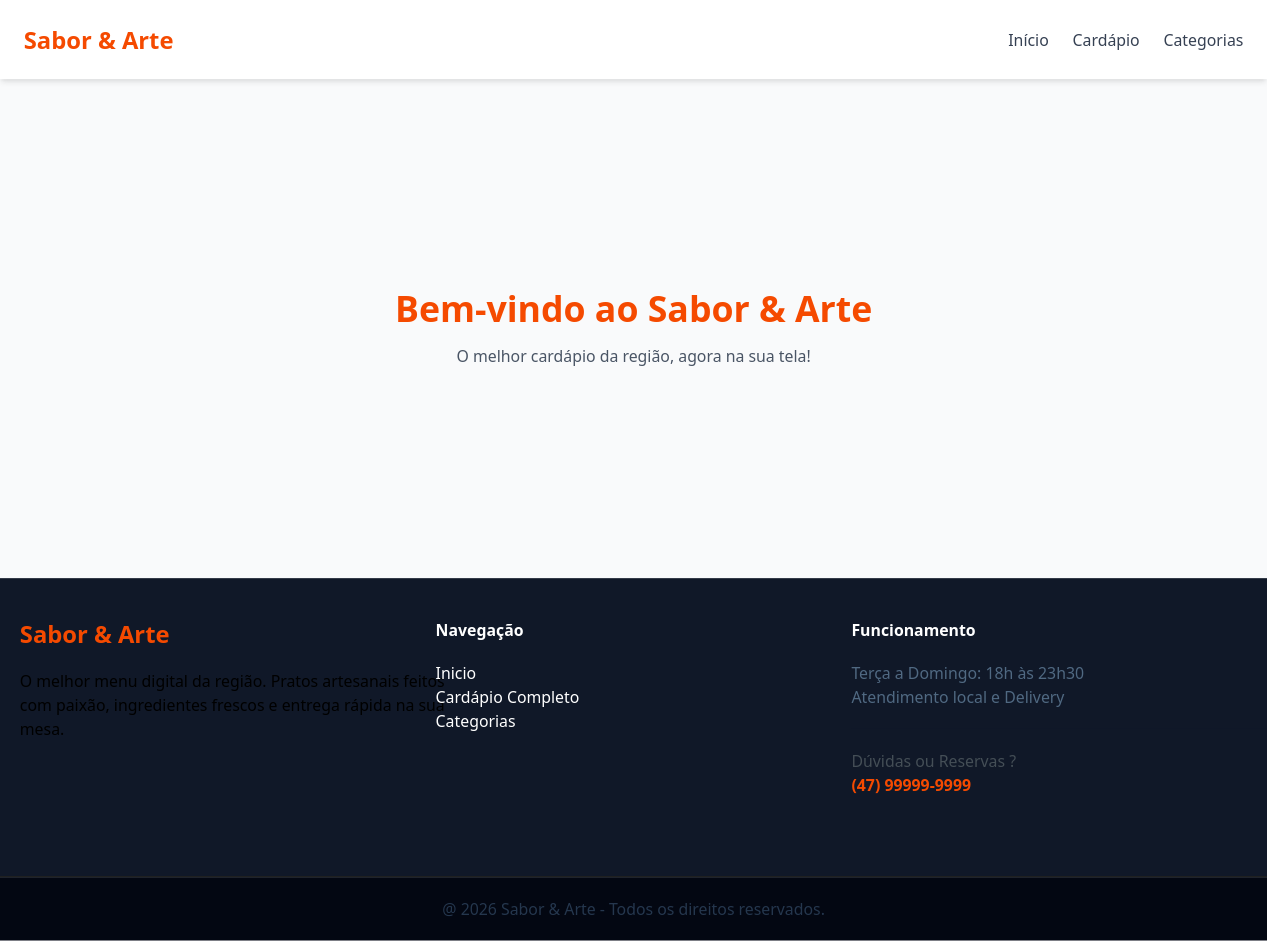
Repository: DiegoWWeege/pair-programming-next-js
Page: / (app in next-js-project/)
An editor plug-in stored every save of this project. The page is shown before and after a run of saves, followed by the edit.
The browser window is 1280 px wide. The pictures show the whole page, at 99% of full size.
The project was rebuilt for these pictures with package versions that can differ from the ones it lists, and the page was loaded fresh each time. The framework's server and built-in components were replaced by stand-ins that run in the browser. Also part of the build but not shown: next-js-project/next.config.ts.

Above is the page before, as saved 2026-09-18 18:58:09.

### next-js-project/src/app/layout.tsx
import type { Metadata } from "next";
import "./globals.css";
import {Inter, Montserrat} from "next/font/google"
import NavBar from "@/components/NavBar";
import Footer from "@/components/Footer";

const inter = Inter({subsets: ["latin"], variable : "--font-inter"});

const montserrat = Montserrat({ subsets: ["latin"], variable: "--font-montserrat"})

export const metadata: Metadata = {
  title: "Menu Digital - Restaurante",
  description: "Desenvolvido por Diego e Cherpinski",
};

export default function RootLayout({ children }: LayoutProps<"/">) {
  return (
    <html
      lang="pt-br"
    >
      <body className="bg-gray-50 antialiased">
        <NavBar></NavBar>
        {children}
        <Footer/>

      </body>
    </html>
  );
}

### next-js-project/src/app/page.tsx
import Image from "next/image";
import Footer from "../components/Footer";
import NavBar from "@/components/NavBar";

export default function Home() {
  return (
    <div>
      <main className="flex flex-col items-center justify-center min-h-[70vh]">
        <h1 className="text-4xl font-bold text-orange-600 ">Bem-vindo ao Sabor & Arte</h1>
        <p className="mt-4 text-gray-600">O melhor cardápio da região, agora na sua tela!</p>
      </main>
    </div>
  );
}

### next-js-project/src/components/NavBar.tsx
import Link from "next/link";


export default function NavBar(){

    return (
        <nav className="flex items-center justify-between p-6 bg-white shadow-md">
            <h2 className="text-2xl font-bold text-orange-600">Sabor & Arte</h2>

            <div className="flex gap-6">
                <Link href= "/" className="text-gray-700 hover:text-orange-600 font-medium">Início</Link>

                <Link href= "/cardapio" className="text-gray-700 hover:text-orange-600 font-medium">Cardápio</Link>

                <Link href= "/categorias" className="text-gray-700 hover:text-orange-600 font-medium">Categorias</Link>
            </div>

        </nav>
    );
}

### next-js-project/src/components/Footer.tsx
import Link from "next/link"

export default function Footer(){

    return(

        <footer>
           <div className="grid grid-cols-3 bg pl-5 bg-[#101828] pt-10 pb-20">
                <div>
                    <h2 className="font-bold text-orange-600 text-2xl mb-5 ">
                        Sabor & Arte
                    </h2>

                    <p className="w-110 mb-5 w-60 text-c">
                        O melhor menu digital da região. Pratos artesanais feitos com
                        paixão, ingredientes frescos e entrega rápida na sua mesa.
                    </p>
                </div>

                <div>
                    <h3 className = "text-white font-bold mb-5">
                        Navegação
                    </h3>

                    <Link className = "block text-white" href="/">Inicio</Link>
                    <Link className = "block text-white" href="/cardapio">Cardápio Completo</Link>
                    <Link className = "block text-white" href="/categorias">Categorias</Link>
                </div>

                <div>
                    <h3 className="text-white font-bold mb-5">
                        Funcionamento
                    </h3>

                    <p className="mb-5 w-60 text-[#506982]">
                        Terça a Domingo: 18h às 23h30
                        Atendimento local e Delivery
                    </p>

                    <hr className="border-[#101828]"/>

                    <p className="mt-5 text-[#444E56]">
                        Dúvidas ou Reservas ?
                    </p>

                    <strong className="text-orange-600">
                        (47) 99999-9999
                    </strong>
                </div>

           </div>

            <hr />

           <div className = "flex items-center justify-center p-5 bg-[#030712]">
                    <p className="text-[#25374E]">
                        @ 2026 Sabor & Arte - Todos os direitos reservados.
                    </p>
            </div>
        </footer>
    )

}

Loaded but not shown: next-js-project/src/app/globals.css (common file)

After the next 2 saves:
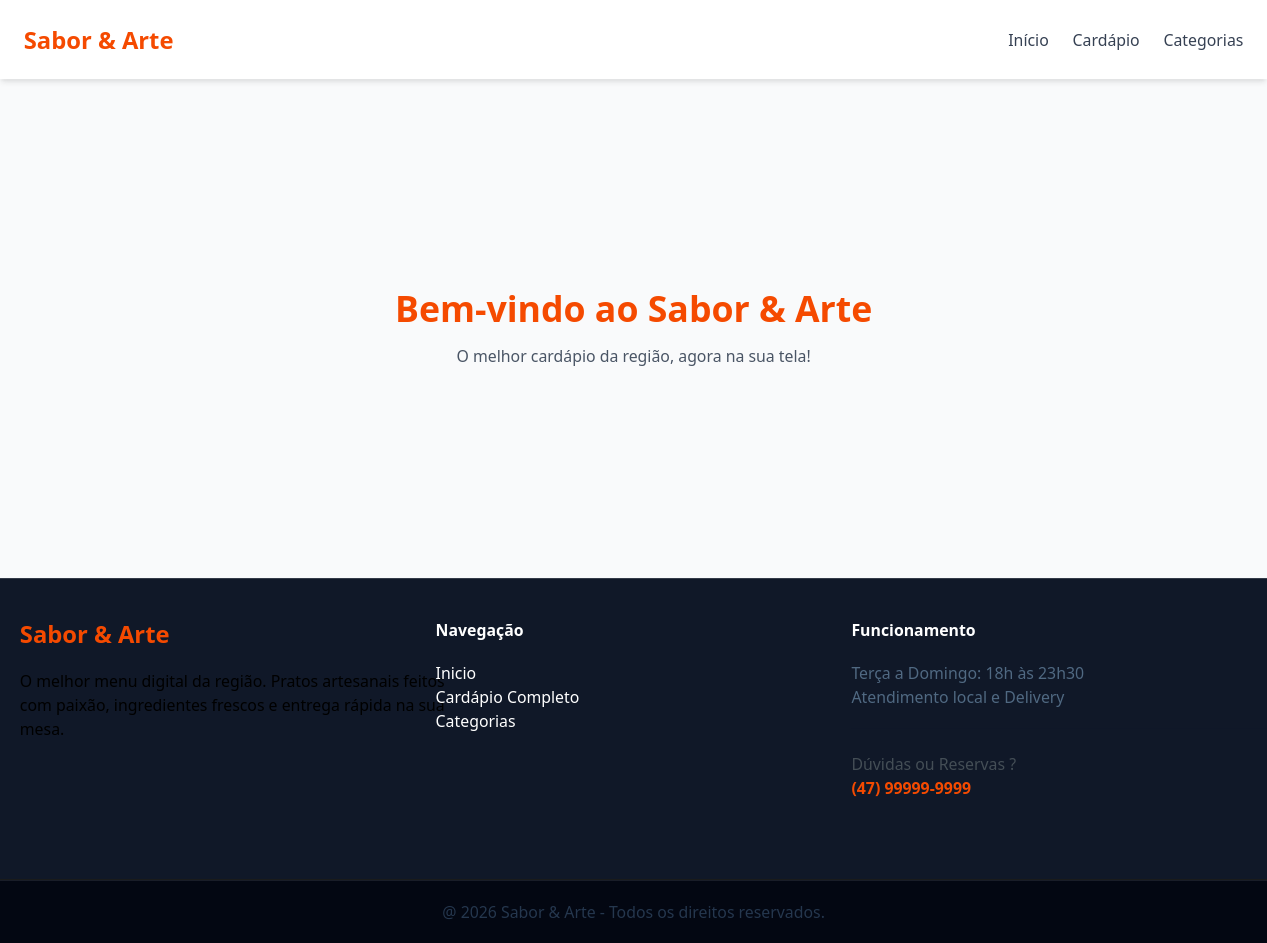
The 2 saves are shown as one change because they came seconds apart.
The last was saved 9 s later.
--- a/next-js-project/src/components/Footer.tsx
+++ b/next-js-project/src/components/Footer.tsx
@@ -37,7 +37,7 @@ export default function Footer(){
                         Atendimento local e Delivery
                     </p>
 
-                    <hr className="border-[#101828]"/>
+                    <hr className="border-[#101828] h-1"/>
 
                     <p className="mt-5 text-[#444E56]">
                         Dúvidas ou Reservas ?
